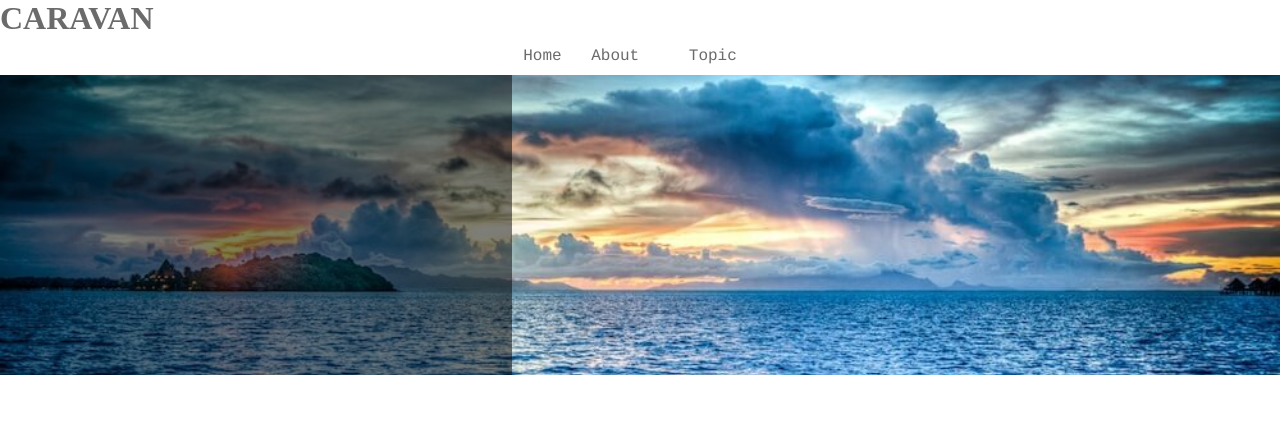
Repository: cacaobucks/git-practice
Page: caravan/index.html
The author's editor kept a record of every edit. The page is drawn from the files as they stood at one moment, then again after the next edit.
The browser window is 1280 px wide. The pictures show the whole page.

Above is the page before.

After the next edit:
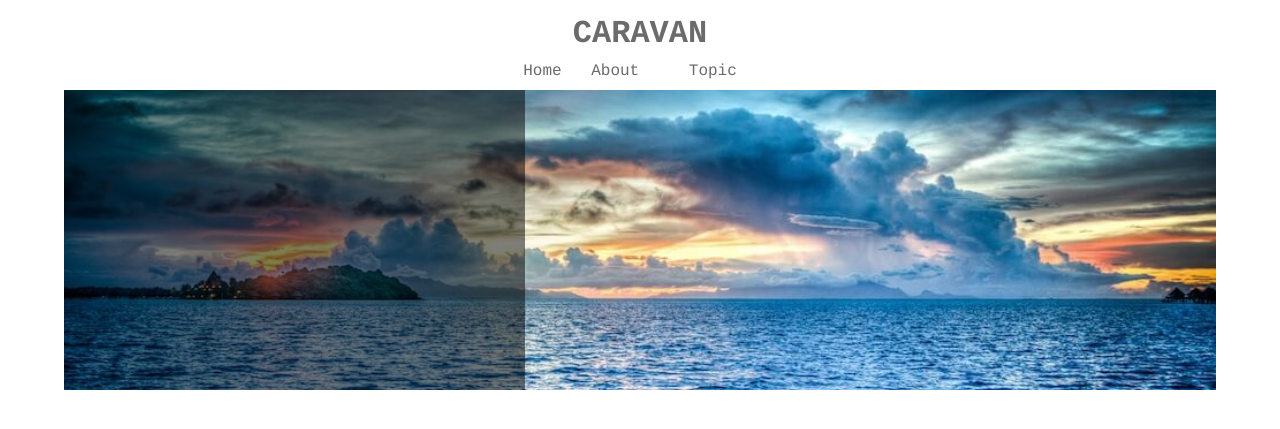
The edit:
--- a/caravan/index.html
+++ b/caravan/index.html
@@ -8,6 +8,7 @@
   </head>
 
   <body>
+  <header>
      <h1 class="heading">
         <a href="index.html">
           CARAVAN
